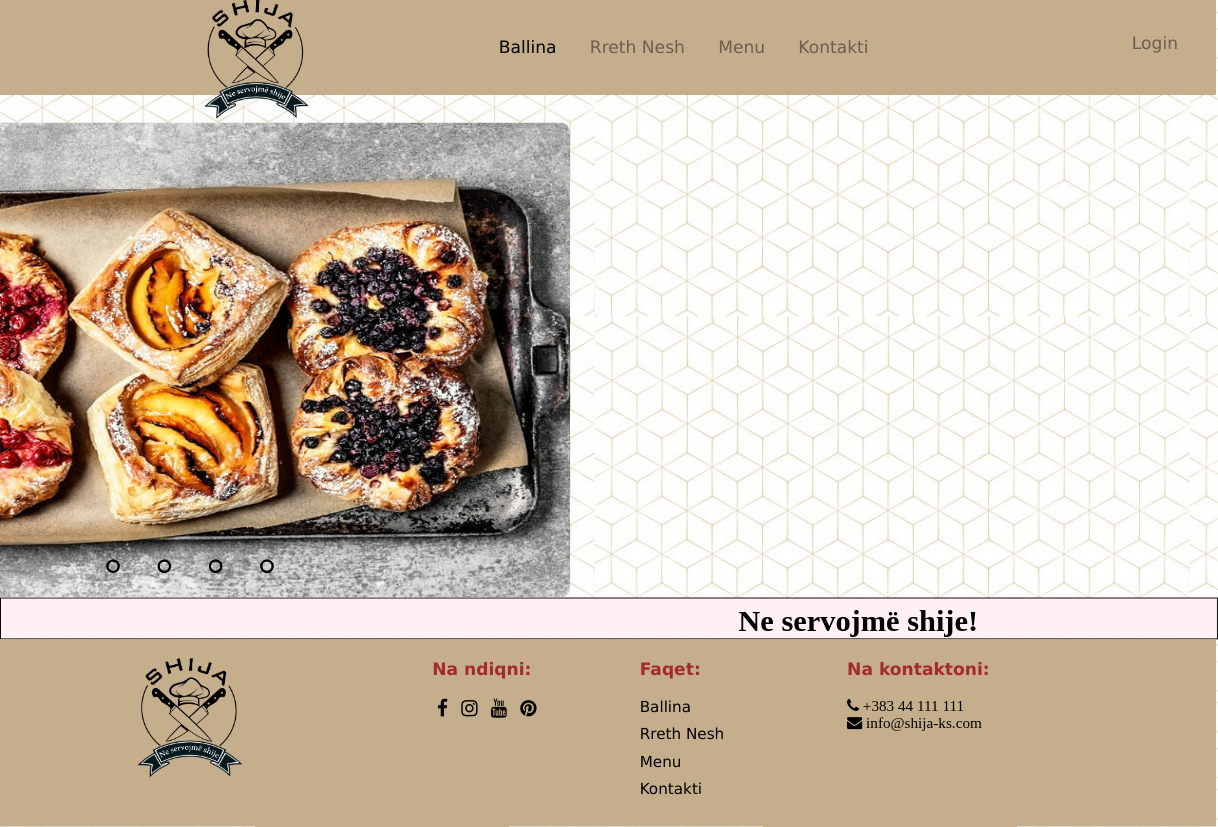
Repository: bs47892/ProjektiWeb-Shija2020
Page: http://localhost/shija.html
An editor plug-in stored every save of this project. The page is shown before and after the next save, followed by the edit.
The browser window is 1280 px wide. The page is 1282 px wide, so the pictures cover 1282 px, including what lies to the right of the window. The pictures show the whole page, at 95% of full size.
The page is run by PHP 8.4 with error messages shown; the project is at /var/www/html/.

Above is the page before, as saved 2021-02-11 21:21:27.

### shija.html
<!DOCTYPE html>
<html lang="en" dir="ltr">
    <head>
        <meta charset="utf-8">
<title> Restaurant Shija </title>
<link rel="stylesheet" type="text/css" href ="style.css">
<link rel="stylesheet" href="https://stackpath.bootstrapcdn.com/font-awesome/4.7.0/css/font-awesome.min.css">
    </head>
    <body>
       <header class="header">
           <div class ="container">
               <div class="logo">
            <img src="images/logo-png.png" alt="llogo" width="110" height="125"/>
               </div>
           <nav>
            <ul>
                <li><a href="shija.html" class="underline active">Ballina</a></li>
                <li><a href="RrethNesh.html" class="underline">Rreth Nesh</a></li>
                <li><a href="menu.html" class="underline">Menu</a></li>
                <li><a href="kontakti.html" class="underline">Kontakti</a></li>
            </ul>
            </nav>
            <li><a href="login/login.html" class="rightlog">Login</a></li>


           </div>
        </header>
 <!--********************Ketu perfundon tagu per header*****************************-->
 <!--ketu fillon slideri-->
<div class="slider">
    <dic class="slides">
        <input type="radio" name="radio-btn" id="radio1">
        <input type="radio" name="radio-btn" id="radio2">
        <input type="radio" name="radio-btn" id="radio3">
        <input type="radio" name="radio-btn" id="radio4">


        <div class="slide first">
            <img src="images/7.jpg" alt="">
        </div>
        <div class="slide">
            <img src="images/6.jpg" alt="">
        </div>
        <div class="slide">
            <img src="images/3.jpg" alt="">
        </div>
        <div class="slide">
            <img src="images/4.jpg" alt="">
        </div>
        <dic class="navigation-auto">
            <div class="auto-btn1"></div>
            <div class="auto-btn2"></div>
            <div class="auto-btn3"></div>
            <div class="auto-btn4"></div>


        </dic>

        <div class="navigation-manual">
            <label for="radio1" class="manual-btn"></label>
            <label for="radio2" class="manual-btn"></label>
            <label for="radio3" class="manual-btn"></label>
            <label for="radio4" class="manual-btn"></label>

        </div>
</div>
<script type="text/javascript">
var counter=1;
setInterval(function(){
    document.getElementById('radio'+ counter).checked=true;
    counter++;
    if(counter>4){
        counter=1;
    }
},5000);
</script>
<!--ketu perfundon slideri-->
<!--ketu fillon text box sllogani-->
<div class="sllogani">
<h1>Ne servojmë shije!</h1>
</div>
<!--ketu perfundon text box sllogani-->
<!--**************************Ketu fillon footeri**********************************-->
<footer class="footer">
    <div class="inner_footer">
        <div class="logo">
            <img src="images/logo-png.png" alt="llogo" width="110" height="125"/>
        </div>
        <div class ="footer_third">

            <h3>Na ndiqni: </h3>
            <p>

            </p>
            <div class="socials">
            <ul>
            <li><a href="#"><i class="fa fa-facebook"></i></a></li>
            <li><a href="#"><i class="fa fa-instagram"></i></a></li>
            <li><a href="#"><i class="fa fa-youtube"></i></a></li>
            <li><a href="#"><i class="fa fa-pinterest"></i></a></li>
            </ul>
            </div>
        </div>
        <div class ="footer_third">
            <h3>Faqet: </h3>
            <p>

            </p>
            <div class="menu">
            <ul>
                <li><a href="shija.html">Ballina</a></li>
                <li><a href="RrethNesh.html">Rreth Nesh</a></li>
                <li><a href="menu.html">Menu</a></li>
                <li><a href="kontakti.html">Kontakti</a></li>
            </ul>
            </div>
            </div>

        <div class ="footer_third">
            <h3>Na kontaktoni: </h3>
            <p>

            </p>
            <div class="kontakti">
                <i class="fa fa-phone"> +383 44 111 111</i>
            <i class ="fa fa-envelope"> info@shija-ks.com</i>
            </div>
        </div>





    </footer>
    </body>
</html>

### style.css
*{
    margin:0;
    padding:0;
    list-style: none;
    text-decoration: none;
}
body{
    background-image:url(images/mainbackground.jpg);
}


header{
    min-height: 100px;
    background-color: rgb(196, 174, 140);
}
.logo {

    float:left;
    padding: 0 200px 0 215px;

}
nav ul li{
    float: left;
    line-height: 100px; /*text in the center*/
    padding-right: 15px;
}

nav ul li a{
    display: block;
    font-size: 18px;
    font-family:Verdana, Geneva, Tahoma, sans-serif;
    color:rgba(44, 37, 37, 0.582);
    padding: 0px 20px 1px 0px;

}

nav ul li a:hover{
    color:rgb(0, 0, 0);
}

.underline {
    display: inline;
    position: relative;
    user-select: none;
}



.underline::before {
    content: '';
    position: absolute;
    width: 100%;
    transform: scaleX(0);
    height: 3px;
    bottom: 0;
    left: 0;
    background-color: #000000c4;
    transform-origin: center;
    transition: transform 0.30s ease-out;
}
.underline:hover::before {
    transform: scaleX(1);
    transform-origin: center;
}

.active {
    color: black;
}
footer{
    position: relative;;    /*rreshti 47 dhe 48 e definojne poziten e footerit*/
    bottom: 0;
    width: 100vw;
    display: block;
    overflow: hidden;
    padding: 20px 0;
    box-sizing: border-box;
    background-color: rgb(196, 174, 140);
}
.inner_footer{
    display: block;
    margin: 0 auto;
    width: 1100px;
}
.inner_footer .logo{
   padding-left: 5%;

}
.inner_footer .footer_third{

  width: calc(21.666666667% - 20px);
  display: inline;
    float:left;
    height:100%
}
.inner_footer .footer_third:last-child{
    margin-right:0;
}
.inner_footer .footer_third h3{
    font-family: Verdana, Geneva, Tahoma, sans-serif;
    font-size:18px;
    color: brown;
    display:block;
    width: 100%;
    margin-bottom:20px;
}
.inner_footer .footer_third .socials a{
    font-family: Verdana, Geneva, Tahoma, sans-serif;

    display:block;
    color: black;
    font-weight:200;
    width: 100%;
    padding-bottom:20px;
}
.inner_footer .footer_third .socials li{
    display: inline-block;
    padding: 0 5px;
    font-size: 20px;
}
.inner_footer .footer_third .menu a{
    font-family:Verdana, Geneva, Tahoma, sans-serif;
    display:block;
    color: black;
    padding-bottom:10px;
}

.rightlog {
    float: right;
    display: block;
    font-size: 18px;
    font-family:Verdana, Geneva, Tahoma, sans-serif;
    color:rgba(44, 37, 37, 0.582);
    padding: 35px 40px 35px 35px;
}

.rightlog:hover {
    color: black;
}
/*main page (slider)*/
.slider{


    transform: translate(-25%, 0%);
       width:800px;
       height:500px;
       border-radius: 10px;
       overflow:hidden;

   }
   .slides{
       width:500%;
       height: 500px;
       display: flex;
   }
   .slides input{
       display: none;
   }
   .slide{
       width:20%;
       transition: 2s;
   }
   .slide img{
       width:800px;
       height:500px;
   }
   .navigation-manual{
   position: absolute;
   width:800px;
   margin-top: 460px;
   display: flex;
   justify-content: center;

   }
   .manual-btn{
       border:2px solid black;
       padding: 5px;
       border-radius: 10px;
       cursor:pointer;
       transition:1s;
   }
   .manual-btn:not(:last-child){
       margin-right: 40px;
   }
   .manual-btn:hover{
       background-color: black;

   }
   #radio1:checked ~ .first{
       margin-left:0;
   }
   #radio2:checked ~ .first{
       margin-left:-20%;
   }
   #radio3:checked ~ .first{
       margin-left:-40%;
   }
   #radio4:checked ~ .first{
       margin-left:-60%;
   }
   .navigation-auto{
       position: absolute;
       display: flex;
       width:800px;
       justify-content: center;
       margin-top: 460px;
   }
   .navigation-auto div{
       border:2px solid black;
       padding:5px;
       border-radius:10px;
       transition: 1s;
   }
   .navigation-auto div:not(:last-child){
       margin-right: 40px;
   }
   #radio:checked ~ .navigation-auto.auto-btn1{
       background: black;
   }
   #radio:checked ~ .navigation-auto.auto-btn2{
       background: black;
   }
   #radio:checked ~ .navigation-auto.auto-btn3{
       background: black;
   }
   #radio:checked ~ .navigation-auto.auto-btn4{
       background: black;
   }
   /*main slider perfundon ketu*/

   /*sllogani*/
   .sllogani{
       display:block;
       border:1px solid black;
       margin:auto;
       height: 15%;
       width: 100%;
       background-color:lavenderblush;
   }
   .sllogani h1{
       text-align: center;
       text-decoration:rgb(196, 174, 140) ;
       text-decoration-style: wavy;

   }
   /*perfundoi sllogani*/


/* Rreth nesh */
.body02 {
    background-image:url(images/rrethdesc.png);
    height: 600px;
    width: 1536px;
}
.about-section{
    font-family: Verdana, Geneva, Tahoma, sans-serif;
}

.inner-container{
    height: 400px;
    font-family: 'Poppins', sans-serif;
}

.inner-container h1{
    font-size: 30px;
    font-weight: 900;
}

.text{
    font-size: 20px;
    color: #545454;
    line-height: px;
    text-align: justify;

}

h1 {
    margin-left: 41%;
    padding-top: 5px;
}

h2 {
    padding-top: 50px;
    padding-left: 30px;
}

p {
    line-height: 24px;
}

/*Menu fillon ketu*/


/*Contact Form fillon ketu*/

.containerc {
    max-width: 700px;
    width: 100%;
    margin: 0% 30% 30% 28% ;
    position: relative;
  }

  #contact input[type="text"],
  #contact input[type="email"],
  #contact input[type="tel"],
  #contact input[type="url"],
  #contact textarea,
  #contact button[type="submit"] {
    font: 400 12px/16px "Roboto", Helvetica, Arial, sans-serif;
  }

  #contact {
    background: #F9F9F9;
    padding: 25px;
    margin: 150px 0;
    box-shadow: 0 0 20px 0 rgba(0, 0, 0, 0.2), 0 5px 5px 0 rgba(0, 0, 0, 0.24);
  }

  #contact h3 {
    display: block;
    font-size: 40px;
    font-weight: 300;
    margin-bottom: 10px;
    text-align:center;
    font-family: Fjalla One, sans-serif;
  }

  #contact h4 {
    margin: 5px 0 15px;
    display: block;
    font-size: 13px;
    font-weight: 400;
    text-align: center;
    font-family: Fjalla One, sans-serif;
  }

  fieldset {
    border: medium none !important;
    margin: 0 0 10px;
    min-width: 100%;
    padding: 0;
    width: 100%;
  }

  #contact input[type="text"],
  #contact input[type="email"],
  #contact input[type="tel"],
  #contact input[type="url"],
  #contact textarea {
    width: 100%;
    border: 1px solid #ccc;
    background: #FFF;
    margin: 0 0 5px;
    padding: 10px;
    font-family: Arial, Helvetica, sans-serif;
  }

  #contact input[type="text"]:hover,
  #contact input[type="email"]:hover,
  #contact input[type="tel"]:hover,
  #contact input[type="url"]:hover,
  #contact textarea:hover {
    -webkit-transition: border-color 0.3s ease-in-out;
    -moz-transition: border-color 0.3s ease-in-out;
    transition: border-color 0.3s ease-in-out;
    border: 1px solid #aaa;
    font-family: Arial, Helvetica, sans-serif;
  }

  #contact textarea {
    height: 100px;
    max-width: 100%;
    resize: none;
  }

  #contact button[type="submit"] {
    cursor: pointer;
    width: 100%;
    border: none;
    background: #000000e1;
    color: rgb(255, 255, 255);
    margin: 0 0 5px;
    padding: 10px;
    font-size: 15px;
    border: 3px solid black;
    border-radius: 10px;
  }

  #contact button[type="submit"]:hover {
    background: rgba(255, 255, 255, 0);
    color: rgb(11, 59, 11);
    border: 3px solid black;
    -webkit-transition: background 1s ease-in-out;
    -moz-transition: background 1s ease-in-out;
    transition: background-color 1s ease-in-out;
  }

  #contact button[type="submit"]:active {
    box-shadow: inset 0 1px 3px rgb(126, 0, 0);
  }

  .copyright {
    text-align: center;
  }

  .aboutlink {
    font-size: 18px;
    color: #000000;
  }

  .aboutlink:hover {
    font-size: 18.9px;
  }

  #contact input:focus,
  #contact textarea:focus {
    outline: 0;
    border: 1px solid #aaa;
  }

  ::-webkit-input-placeholder {
    color: #888;
  }

  :-moz-placeholder {
    color: #888;
  }

  ::-moz-placeholder {
    color: #888;
  }

  :-ms-input-placeholder {
    color: #888;
  }

  /*main page (slider)
.slider{


 transform: translate(-25%, 0%);
    width:800px;
    height:500px;
    border-radius: 10px;
    overflow:hidden;

}
.slides{
    width:500%;
    height: 500px;
    display: flex;
}
.slides input{
    display: none;
}
.slide{
    width:20%;
    transition: 2s;
}
.slide img{
    width:800px;
    height:500px;
}
.navigation-manual{
position: absolute;
width:800px;
margin-top: 460px;
display: flex;
justify-content: center;

}
.manual-btn{
    border:2px solid black;
    padding: 5px;
    border-radius: 10px;
    cursor:pointer;
    transition:1s;
}
.manual-btn:not(:last-child){
    margin-right: 40px;
}
.manual-btn:hover{
    background-color: black;

}
#radio1:checked ~ .first{
    margin-left:0;
}
#radio2:checked ~ .first{
    margin-left:-20%;
}
#radio3:checked ~ .first{
    margin-left:-40%;
}
#radio4:checked ~ .first{
    margin-left:-60%;
}
.navigation-auto{
    position: absolute;
    display: flex;
    width:800px;
    justify-content: center;
    margin-top: 460px;
}
.navigation-auto div{
    border:2px solid black;
    padding:5px;
    border-radius:10px;
    transition: 1s;
}
.navigation-auto div:not(:last-child){
    margin-right: 40px;
}
#radio:checked ~ .navigation-auto.auto-btn1{
    background: black;
}
#radio:checked ~ .navigation-auto.auto-btn2{
    background: black;
}
#radio:checked ~ .navigation-auto.auto-btn3{
    background: black;
}
#radio:checked ~ .navigation-auto.auto-btn4{
    background: black;
}
*/

After the next save:
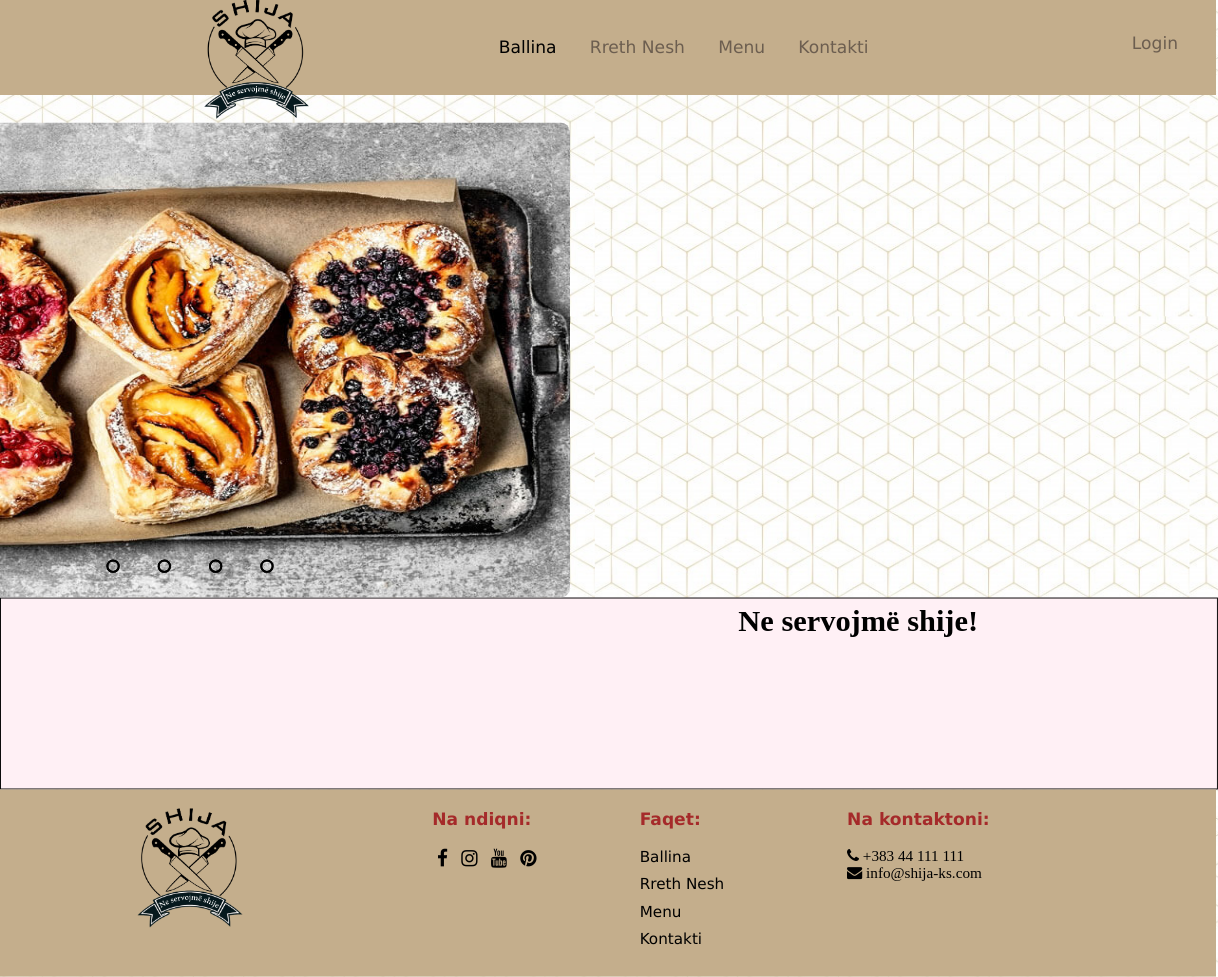
Saved 30 s later.
--- a/style.css
+++ b/style.css
@@ -232,7 +232,7 @@ footer{
        display:block;
        border:1px solid black;
        margin:auto;
-       height: 15%;
+       height: 200px;
        width: 100%;
        background-color:lavenderblush;
    }
